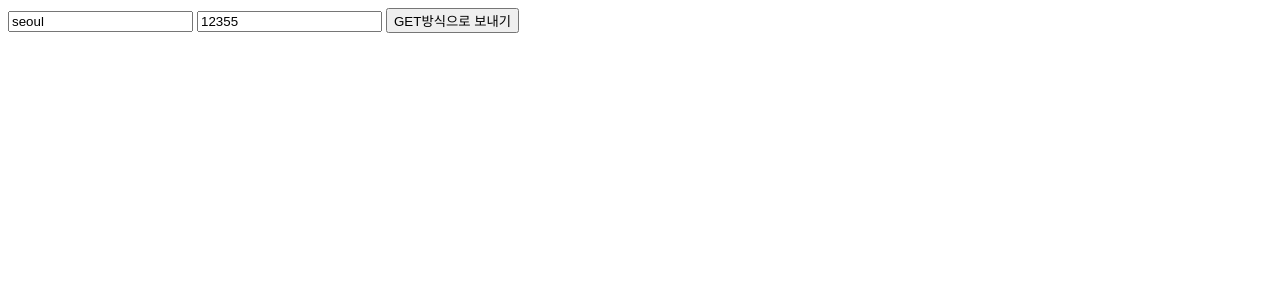
Repository: zoselakt/My_practice_JSP
Page: http://localhost/day06/get_test.jsp
The author's editor kept a copy of each file at every save. The page is drawn from the files as they stood at one save, then again after the next save.
The browser window is 1280 px wide. The pictures show the whole page.
The page is served by Tomcat 9.

Above is the page before, as saved 2022-02-28 10:52:19.

### day06/WebContent/get_test.jsp
<%@ page language="java" contentType="text/html; charset=UTF-8"
    pageEncoding="UTF-8"%>
<!DOCTYPE html>
<html>
<head>
<meta charset="UTF-8">
<title>Get 방식의 요청</title>
</head>
<body>
	<form>
		<input type="text" value="seoul" name="city" readonly>
		<input type="text" value="12355" name="zipcode" readonly>
		<button>GET방식으로 보내기</button>
	</form>
</body>
</html>

After the next save:
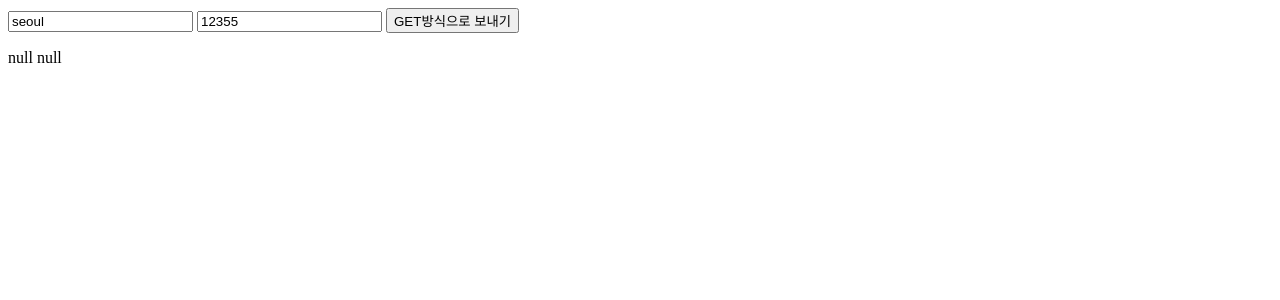
Saved 73 s later.
--- a/day06/WebContent/get_test.jsp
+++ b/day06/WebContent/get_test.jsp
@@ -12,5 +12,10 @@
 		<input type="text" value="12355" name="zipcode" readonly>
 		<button>GET방식으로 보내기</button>
 	</form>
+
+	<p>
+		<%=request.getParameter("city") %>
+		<%=request.getParameter("zipcode") %>
+	</p>
 </body>
 </html>
